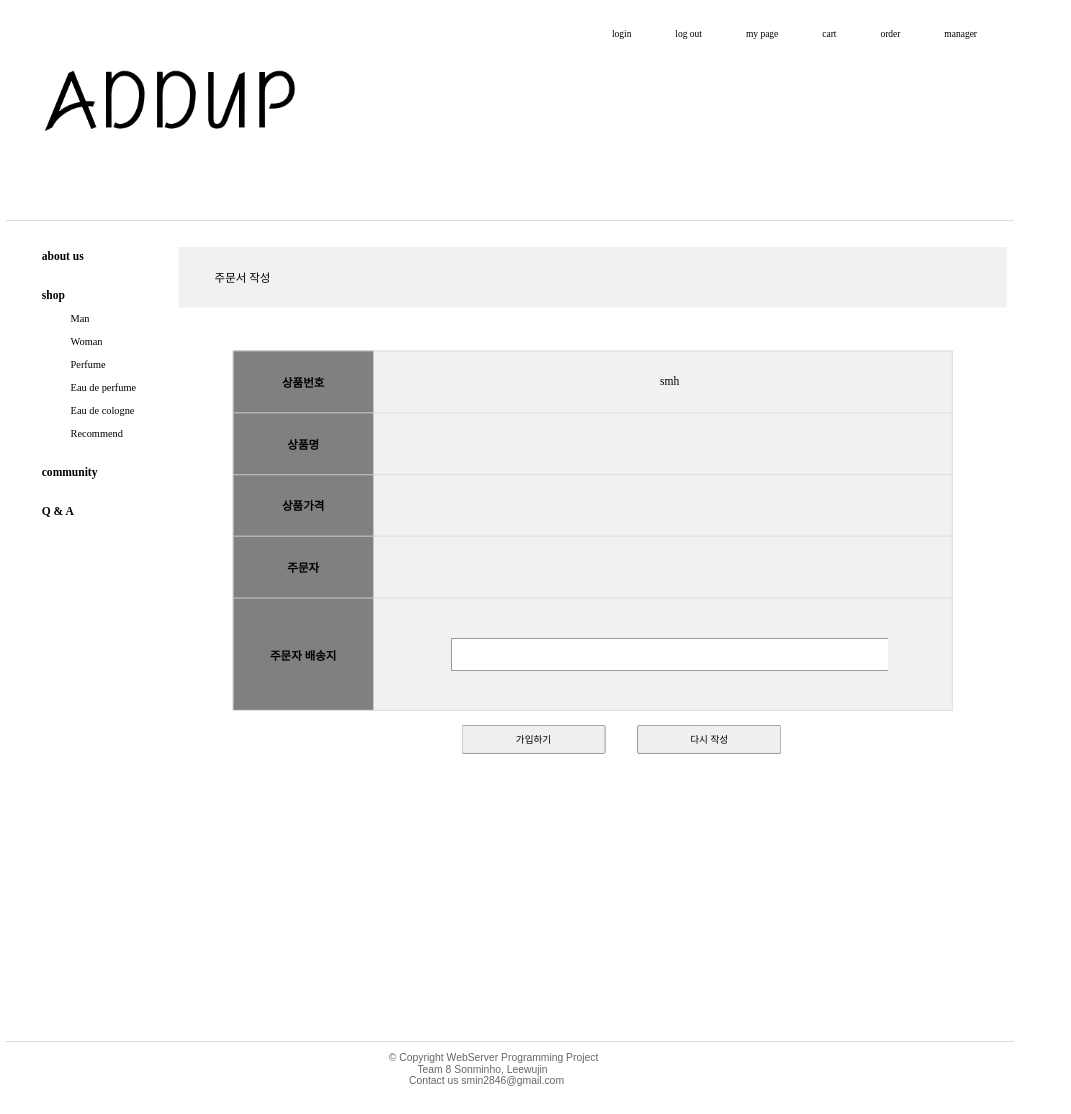
Repository: sonminho/aos
Page: http://localhost/addup_perfume/user_order.jsp
The author's editor kept a copy of each file at every save. The page is drawn from the files as they stood at one save, then again after the next save.
The browser window is 1280 px wide. The page is 1488 px wide, so the pictures cover 1488 px, including what lies to the right of the window. The pictures show the whole page, at 72% of full size.
The page is served by Tomcat 9. Other server files are loaded and not shown.

Above is the page before, as saved 2017-12-07 19:24:00.

### Webserver/addup_perfume/WebContent/user_order.jsp
<%@ page language="java" contentType="text/html; charset=EUC-KR"
    pageEncoding="UTF-8"%>
<%@ page import="java.util.*, dao.ProductDAO, dto.ProductVO" %>

<!DOCTYPE html PUBLIC "-//W3C//DTD HTML 4.01 Transitional//EN" "http://www.w3.org/TR/html4/loose.dtd">
<html>
<head>
<meta http-equiv="Content-Type" content="text/html; charset=EUC-KR">
<title>Addup 향수</title>
<style>
html, body{
	width:100%;
	height:100%;
}
#wrap{
	width:1400px;
	height:100%;
	margin:0px auto;
}
body > #wrap{
	height:auto;
	min-height:100%;
}
#header{
	position:relative;
	padding-bottom:70px;
	border-bottom:1px solid #cccccc;
}
.logo{
	padding: 32px 0 12px 40px;
}
.logo img{
	margin-top:30px;
}
.topnav{
	position:absolute;
	right:30px;
	top:2px;
}
.topnav dd{
	float:left;
	font-size:12px;
	padding-right:11px;
	margin-right:10px;
}
.topnav dd a{
	color:black;
	font-size:1.1em;
	text-decoration:none;
}
.topnav dd a:hover{
	color:gray;
	text-decoration:underline;
}
#mainnav{
	display:block;
	padding-top:30px;
	padding-left:50px;
	width:200px;
	float:left;
}
#mainnav dl{
	display:block;
	font:'Nanum Gothic', sans-serif;
	margin-top:10px;
	margin-bottom:36px;
}
#mainnav dt{
	color:black;
	font-weight:bold;
	font-size:16px;
}
#mainnav dt a{
	color:black;
	text-decoration:none;
}
#mainnav dt a:hover{
	color:gray;
	text-decoration:line-through;
}
#mainnav dd{
	display:block;
	margin-top:15px;
}
#mainnav dd a{
	color:black;
	font-size:0.9em;
	text-decoration:none;
}
#mainnav dd a:hover{
	color:gray;
	text-decoration:underline;
}
#container{
	width:100%;
	position:relative;
	padding-bottom:140px;
	height:1100px;
	*zoom: 1;

}
#container:after{
	content:'';
	display:block;
	clear:both;
}
#content{
	display:block;
	position:absolute;
	float:right;
	left:150px;
	padding:30px;
}
#footer{
	position:relative;
	margin-top:-101px;
	background-color:#fff;
}
#footer .footerArea{
	border-top: 1px solid #cccccc;
	padding: 0;
	width: 1400px;
	height: 100px;
	margin: 0 auto;
	color: #666;
	font-size: 0.9em;
	*zoom: 1;
}
#footer .footerArea:after{
	content: '';
	display: block;
	clear: both;
}
#footer .copy{
	margin-left:38%;
	font-family: 'Nanum Gothic', sans-serif;
}
#content{
	padding:20px 90px;
	floate:right;
	width:1150px;
}
#content ul{
	padding:30px 50px;
	background: #f1f1f1;
	list-style:none;
}
#order{
	width:1150px;
	height:900px;
	text-align:center;
	margin-top:60px;
}
#order_table{
	width:1000px;
	border-collapse:collapse;
	height:500px;
	margin:0px auto;
	background:#f1f1f1;
}
#order_table th{
	border:#d3d3d3 solid 1px;
	background:gray;
}
#order_table td{
	border:#d3d3d3 solid 1px;
	padding-left:20px;
}
</style>
</head>
<body>
<div id="wrap">
	<div id="header">
		<h1 class="logo"><a href="index.jsp"><img src="img/logo.png"/></a></h1>
		<dl class="topnav">
			<dd><a href="user_login.jsp">login</a></dd>
			<dd><a href="ControllerServlet?command=logout">log out</a></dd>
			<dd><a href="#">my page</a></dd>
			<dd><a href="#">cart</a></dd>
			<dd><a href="#">order</a></dd>
			<dd><a href="manager_login.jsp">manager</a></dd>
		</dl>
	</div> <!-- header -->

	<div id="container">
		<div id="mainnav">
			<dl class="category_about_us">
				<dt><a href="#">about us</a></dt>
			</dl>
			<dl class="category_shop">
				<dt><a href="#">shop</a></dt>
				<dd><a href="ControllerServlet?command=product_list&category=man">Man</a></dd>
				<dd><a href="ControllerServlet?command=product_list&category=woman">Woman</a></dd>
				<dd><a href="ControllerServlet?command=product_list2&category=perfume">Perfume</a></dd>
				<dd><a href="ControllerServlet?command=product_list2&category=eaudeperfume">Eau de perfume</a></dd>
				<dd><a href="ControllerServlet?command=product_list2&category=eaudecologne">Eau de cologne</a></dd>
				<dd><a href="#">Recommend</a></dd>
			</dl>
			<dl class="category_community">
				<dt><a href="#">community</a></dt>
			</dl>
			<dl class="category_qna">
				<dt><a href="#">Q & A</a></dt>
			</dl>
		</div> <!-- mainnav -->
		<div id="content">
			<ul>
				<li>주문서 작성</li>
			</ul>
			<div id="order">
				<form>
					<table id="order_table">
						<tr>
							<th style="width:150px;">상품번호</th><td style="width:600px;">smh</td>
						</tr>
						<tr>
							<th>상품명</th><td></td>
						</tr>
						<tr>
							<th>상품가격</th><td></td>
						</tr>
						<tr>
							<th>주문자</th><td></td>
						</tr>
						<tr>
							<th>주문자 배송지</th><td><input type="text" style="width:600px; height:40px; font-size:20px"></td>
						</tr>
					</table>
					<input type="submit" style="width:200px; height:40px; margin-top:20px; margin-left:80px" value="가입하기" onclick="return joinCheck()">
					<input type="reset" style="width:200px; height:40px; margin-left:40px" value="다시 작성">
				</form>
			</div>
		</div>
	</div> <!-- container -->
</div> <!-- wrap -->

<div id="footer">
	<div class="footerArea">
		<p class="copy">
			&copy; Copyright WebServer Programming Project <br>
			&nbsp; &nbsp; &nbsp; &nbsp; &nbsp; Team 8 Sonminho, Leewujin <br>
			&nbsp; &nbsp; &nbsp; &nbsp;Contact us smin2846@gmail.com
		</p>
	</div>
</div>
</body>
</html>

After the next save:
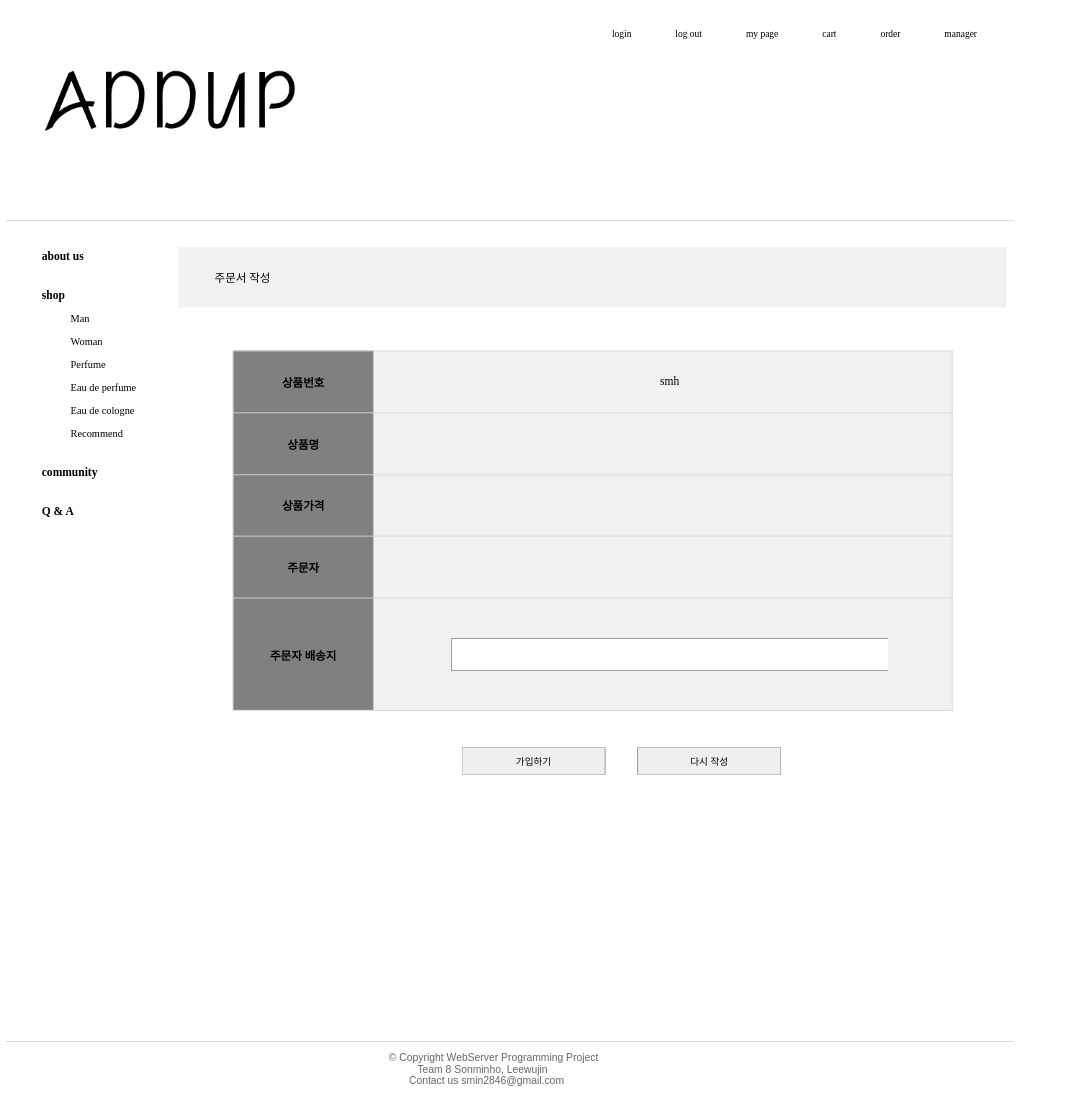
Saved 12 s later.
--- a/Webserver/addup_perfume/WebContent/user_order.jsp
+++ b/Webserver/addup_perfume/WebContent/user_order.jsp
@@ -226,7 +226,7 @@ body > #wrap{
 							<th>주문자 배송지</th><td><input type="text" style="width:600px; height:40px; font-size:20px"></td>
 						</tr>
 					</table>
-					<input type="submit" style="width:200px; height:40px; margin-top:20px; margin-left:80px" value="가입하기" onclick="return joinCheck()">
+					<input type="submit" style="width:200px; height:40px; margin-top:50px; margin-left:80px" value="가입하기" onclick="return joinCheck()">
 					<input type="reset" style="width:200px; height:40px; margin-left:40px" value="다시 작성">
 				</form>
 			</div>
